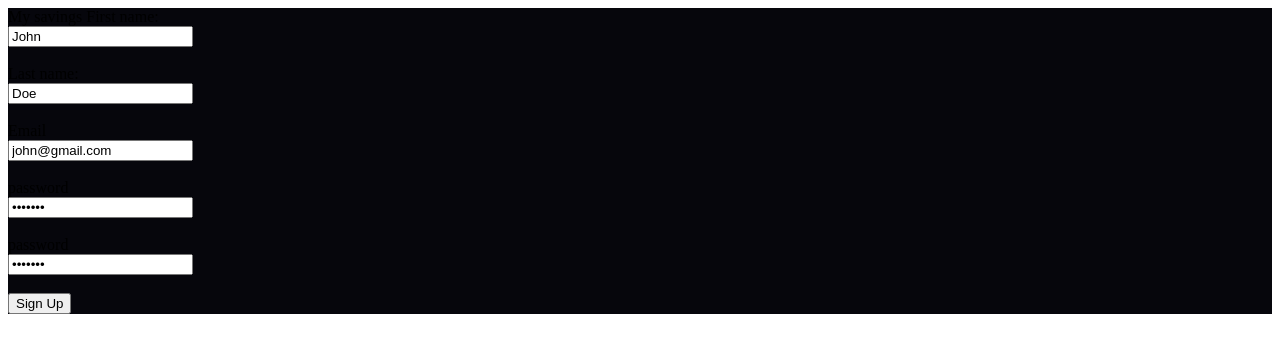
Repository: reemoon-ctrl/hotel-website
Page: mine-form_styling_start.html
The author's editor kept a copy of each file at every save. The page is drawn from the files as they stood at one save, then again after the next save.
The browser window is 1280 px wide. The pictures show the whole page.

Above is the page before, as saved 2024-07-20 13:39:26.

After the next save:
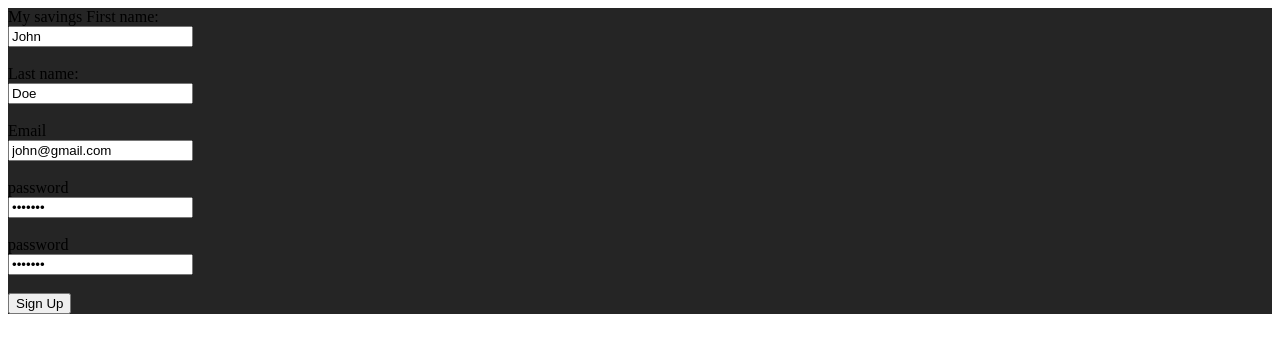
Saved 5 s later.
--- a/mine-form_styling_start.html
+++ b/mine-form_styling_start.html
@@ -6,7 +6,7 @@
     <title>Document</title>
 <style>
     .form{
-        background: rgb(6, 6, 12);
+        background: rgb(37, 37, 37);
     }
     .container{
         margin: auto;
